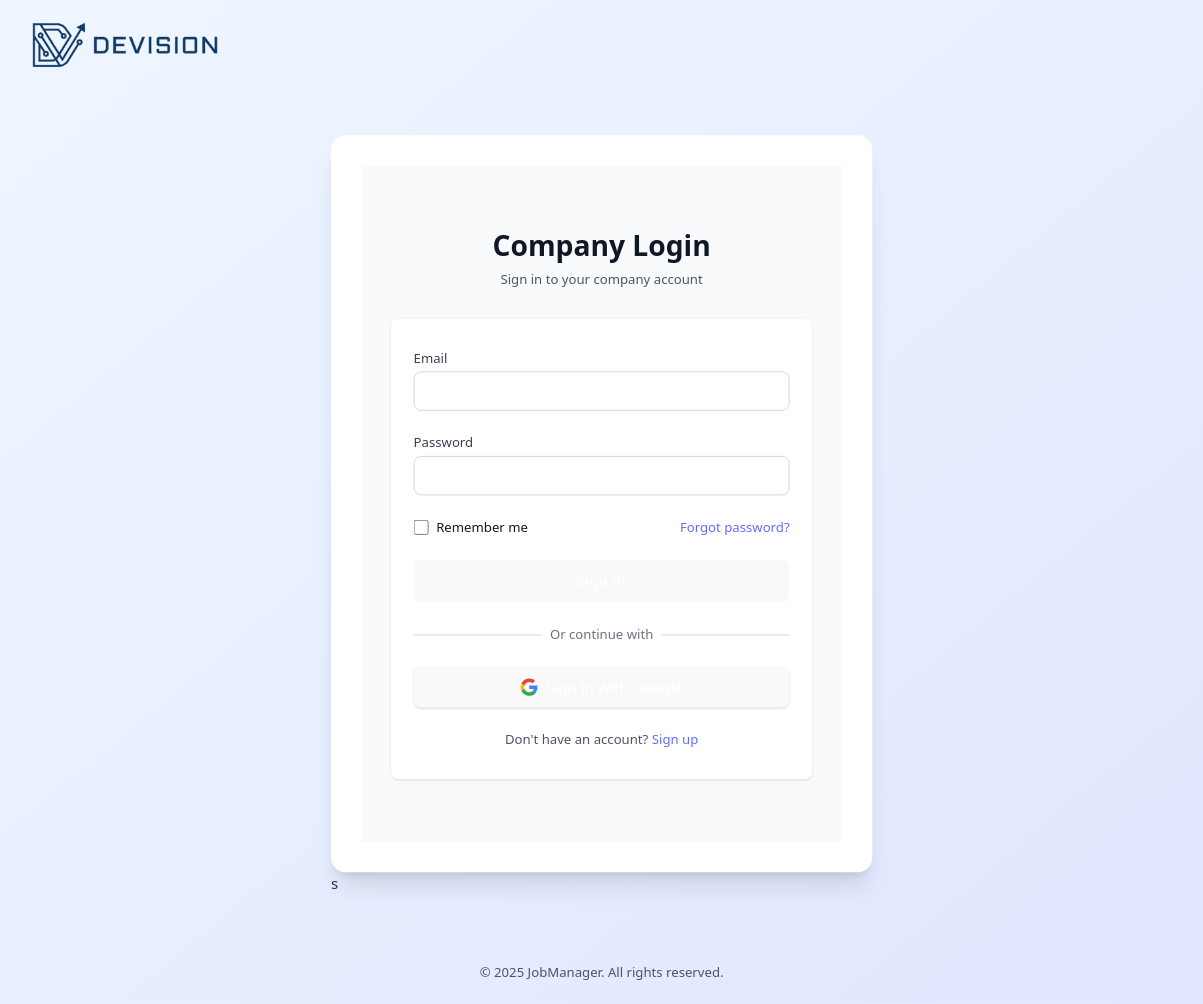
Repository: ISYS3461-2025C-Mulan-DEVision/JobManager_FE
Page: /login
These files come from the project's save history. The page is drawn as it stood at one moment and after the next save; the edit follows.
The browser window is 1280 px wide. The pictures show the whole page, at 94% of full size.
The project was rebuilt for these pictures with package versions that can differ from the ones it lists, and the page was loaded fresh each time. Also part of the build but not shown: vite.config.js, src/pages/Home.tsx, src/components/headless/Table/Table.tsx, src/components/headless/Modal/Modal.tsx, src/components/ui/Card/Card.tsx, src/components/ui/Spinner/Spinner.tsx, src/components/ui/Alert/Alert.tsx.

Above is the page before, as saved 2025-12-12 11:57:33.

After the next save:
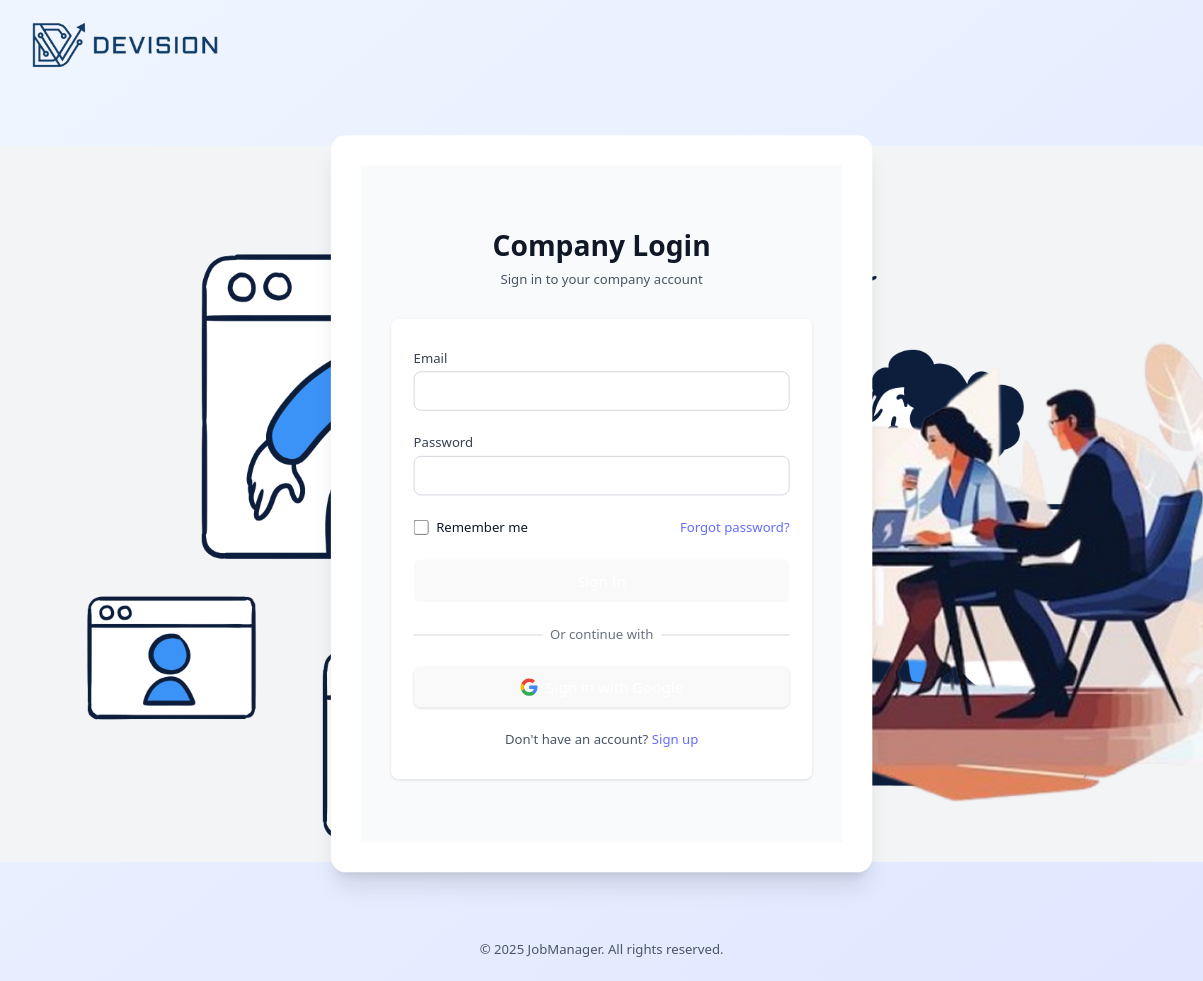
Saved 4 min 49 s later.
--- a/src/layout/AuthLayout.tsx
+++ b/src/layout/AuthLayout.tsx
@@ -19,12 +19,14 @@
             </header>
 
             {/* Centered Content Panel */}
-            <main className="flex-1 flex items-center justify-center px-4 py-12">
-                <div className="w-full max-w-xl">
+            <main className="flex-1 flex items-center justify-center px-4 py-12 relative">
+                <img src="/auth/background-login-left.png" alt="Left background" className="absolute left-0 top-0 bottom-0 h-full object-contain" />
+                <img src="/auth/background-login-right.png" alt="Right background" className="absolute right-0 top-0 bottom-0 h-full object-contain" />
+                <div className="w-full max-w-xl relative z-10">
                     {/* Card wrapper for the form */}
                     <div className="bg-white rounded-2xl shadow-xl p-8">
                         {children}
-                    </div>s
+                    </div>
                 </div>
             </main>
 
